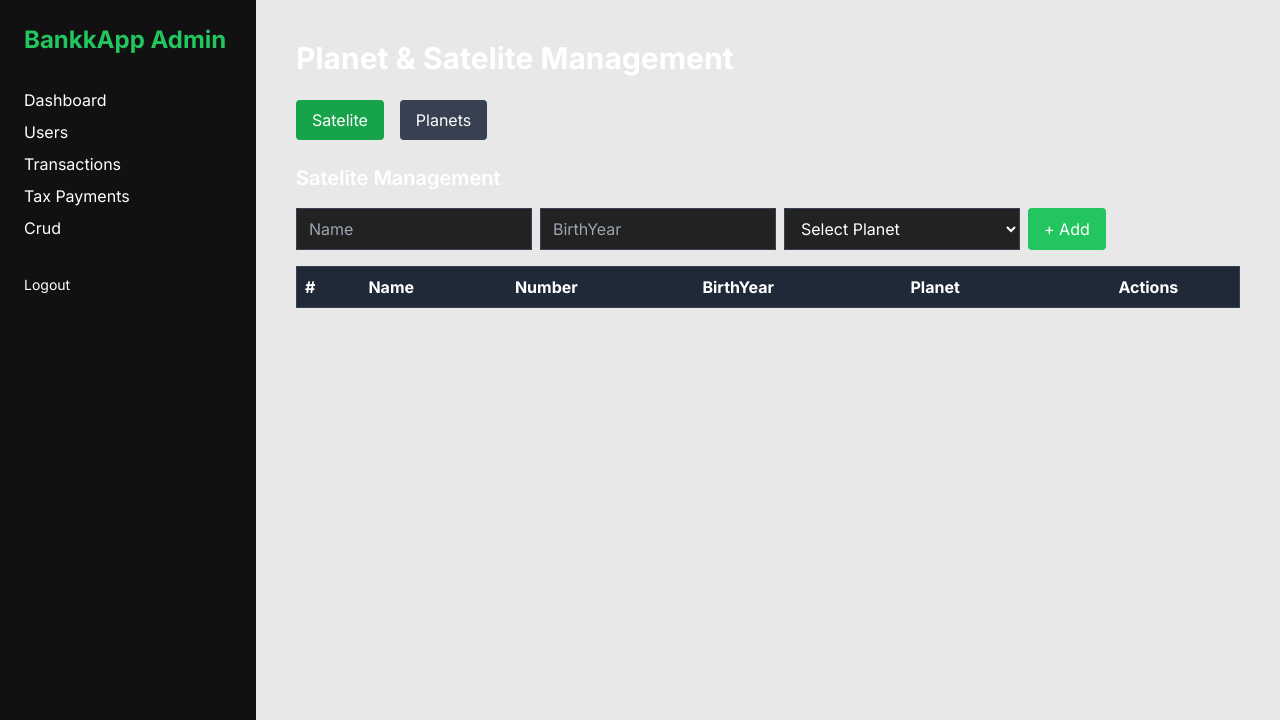
Repository: EraGashii/bnk_team
Page: /admin/crud (app in bnk/)
The author's editor kept a copy of each file at every save. The page is drawn from the files as they stood at one save, then again after the next save.
The browser window is 1280 px wide. The pictures show the whole page.
The page's requests for data from a server got no answer. The project was rebuilt for these pictures with package versions that can differ from the ones it lists, and the page was loaded fresh each time. The framework's server and built-in components were replaced by stand-ins that run in the browser. No one was signed in, and anything a server would have sent is missing. Also part of the build but not shown: bnk/next.config.mjs.

Above is the page before, as saved 2025-05-07 21:46:09.

### bnk/app/admin/crud/page.tsx
"use client";

import React, { useState, useEffect, ChangeEvent } from "react";
import {
    fetchSatelite,
  fetchPlanet,
  addSatelite,
 deleteSatelite,
  addPlanet,
  updatePlanet,
 deletePlanet,
} from "../../../CrudApi";
import { FiEdit, FiTrash2 } from "react-icons/fi";
import Link from "next/link";

interface Planet {
    PlanetId: number;
     Name: string;
     Type: string;
}

interface Satelite {
    Id: number;
    Name:string;
   PlanetId: number;
  Planet?:Planet;
}

const PlanetSateliteManager: React.FC = () => {
  const [tab, setTab] = useState<"Satelite" | "Planets">("Satelite");
  const [Planets, setPlanets] = useState<Planet[]>([]);
  const [Satelite, setSatelite] = useState<Satelite[]>([]);
  const [SateliteData, setSateliteData] = useState({  Name:"", PlanetId: "" });
  const [Name, setName] = useState<string>("");
  const [Type, setType] = useState<string>("");

  const [editPlanet, setEditPlanet] = useState<Planet | null>(null);

  useEffect(() => {
    loadPlanets();
    loadSatelite();
  }, []);

  const loadPlanets = async () => {
    const data = await fetchPlanet();
    setPlanets(data);
  };

  const loadSatelite = async () => {
    const data = await fetchSatelite();
    setSatelite(data);
  };

  const handleSateliteInput = (e: ChangeEvent<HTMLInputElement | HTMLSelectElement>) => {
    setSateliteData({ ...SateliteData, [e.target.name]: e.target.value });
  };

  const handleAddSatelite = async () => {
    const fixedData = {
        ...SateliteData,
        PlanetId:Number(SateliteData.PlanetId), // convert to number
      };
    await addSatelite(fixedData);
    setSateliteData({ Name:"", PlanetId: "" });
    loadSatelite();
  };


  const handleDeleteSatelite = async(id:number) => {
   await deleteSatelite(id);
    loadSatelite();
  };

  const handleAddPlanet = async () => {
    if (!Name.trim()) return alert("Planet name is required");
    await addPlanet( Name);
    setName("");
    setType("");
    loadPlanets();
  };

  const handleUpdatePlanet = async () => {
    if (editPlanet) {
      await updatePlanet(editPlanet.PlanetId, Name,Type);
      setEditPlanet(null);
      setName("");
      setType("");
      loadPlanets();
    }
  };

  const handleDeletePlanet = async (id:number) => {
    if (window.confirm("Are you sure you want to delete this Planet?")) {
        await  deletePlanet(id);
      loadPlanets();
    }
  };

  return (
    <div className="flex min-h-screen bg-background text-white">
      {/* Sidebar */}
      <aside className="w-64 bg-[#111] text-white p-6 space-y-8">
        <h2 className="text-2xl font-bold text-green-500">BankkApp Admin</h2>
        <nav className="space-y-2">
          <Link href="/dashboard" className="block hover:text-green-400">Dashboard</Link>
          <Link href="/users" className="block hover:text-green-400">Users</Link>
          <Link href="/transactions" className="block hover:text-green-400">Transactions</Link>
          <Link href="/tax-payments" className="block hover:text-green-400">Tax Payments</Link>
          <Link href="/admin/crud" className="block hover:text-green-400">Crud</Link>
        </nav>
        <div className="mt-auto">
          <button className="text-sm hover:text-red-500">Logout</button>
        </div>
      </aside>

      {/* Main Content */}
      <main className="flex-1 p-10">
        <h1 className="text-3xl font-bold mb-6">Planet & Satelite Management</h1>
        <div className="flex space-x-4 mb-6">
          <button className={`px-4 py-2 rounded ${tab === "Satelite" ? "bg-green-600 text-white" : "bg-gray-700"}`} onClick={() => setTab("Satelite")}>Satelite</button>
          <button className={`px-4 py-2 rounded ${tab === "Planets" ? "bg-green-600 text-white" : "bg-gray-700"}`} onClick={() => setTab("Planets")}>Planets</button>
        </div>

        {tab === "Satelite" && (
          <div>
            <h2 className="text-xl font-semibold mb-4">Satelite Management</h2>
            <div className="flex gap-2 mb-4">
              <input type="text" name="Name" placeholder="Name" value={SateliteData.Name} onChange={handleSateliteInput} className="bg-[#222] text-white border border-gray-700 px-3 py-2 w-1/4" />

              <input type="number" name="BirthYear" placeholder="BirthYear" value={SateliteData.BirthYear} onChange={handleSateliteInput} className="bg-[#222] text-white border border-gray-700 px-3 py-2 w-1/4" />
              <select name="PlanetId" value={SateliteData.PlanetId} onChange={handleSateliteInput} className="bg-[#222] text-white border border-gray-700 px-3 py-2 w-1/4">
                <option value="">Select Planet</option>
                {Planets.map((t) => <option key={t.PlanetId} value={t.PlanetId}>{t.Name}</option>)}
              </select>
              <button onClick={handleAddSatelite} className="bg-green-500 text-white px-4 rounded">+ Add</button>
            </div>

            <table className="min-w-full border border-gray-700">
              <thead className="bg-gray-800 text-white">
                <tr>
                  <th className="p-2 text-left">#</th>

                  <th className="p-2 text-left"> Name</th>
                  <th className="p-2 text-left"> Number</th>
                  <th className="p-2 text-left"> BirthYear</th>
                  <th className="p-2 text-left">Planet</th>
                  <th className="p-2 text-center">Actions</th>
                </tr>
              </thead>
              <tbody className="bg-[#111]">
                {Satelite.map((p, i) => (
                  <tr key={p.Id} className="border-t border-gray-700">
                    <td className="p-2">{i + 1}</td>
                    <td className="p-2">{p.Name}</td>
                    <td className="p-2">{p.Number}</td>
                    <td className="p-2">{p.BirthYear}</td>
                    <td className="p-2">{p.Planet?.Name ||"N/A"}</td>
                    <td className="p-2 text-center">
                      <button className="text-red-500 hover:text-red-600" onClick={() => handleDeleteSatelite(p.Id)}>
                        <FiTrash2 size={18} />
                      </button>
                    </td>
                  </tr>
                ))}
              </tbody>
            </table>
          </div>
        )}

        {tab === "Planets" && (
          <div>
            <h2 className="text-xl font-semibold mb-4">Planets Management</h2>
            <div className="flex mb-4">
              <input
                type="text"
                className="bg-[#222] text-white border border-gray-700 px-3 py-2 mr-2 w-full"
                placeholder="Enter Planet name"
                value={Name}
                onChange={(e) => setName(e.target.value)}
              />


              {editPlanet ? (
                <button className="bg-yellow-500 text-white px-4 rounded" onClick={handleUpdatePlanet}>Update</button>
              ) : (
                <button className="bg-green-500 text-white px-4 rounded" onClick={handleAddPlanet}>Add</button>
              )}
            </div>

            <table className="min-w-full border border-gray-700">
              <thead className="bg-gray-800 text-white">
                <tr>
                  <th className="p-2 text-left">#</th>
                  <th className="p-2 text-left">Planet Name</th>
                  <th className="p-2 text-center">Actions</th>
                </tr>
              </thead>
              <tbody className="bg-[#111]">
                {Planets.map((Planet,i) => (
                  <tr key={Planet.PlanetId} className="border-t border-gray-700">
                    <td className="p-2">{i + 1}</td>
                    <td className="p-2">{Planet.Name}</td>

                    <td className="p-2 text-center space-x-3">
                      <button className="text-yellow-500 hover:text-yellow-600" onClick={() => { setEditPlanet(Planet);}}>
                        <FiEdit size={18} />
                      </button>
                      <button className="text-red-500 hover:text-red-600" onClick={() => handleDeletePlanet(Planet.PlanetId)}>
                        <FiTrash2 size={18} />
                      </button>
                    </td>
                  </tr>
                ))}
              </tbody>
            </table>
          </div>
        )}
      </main>
    </div>
  );
};

export default PlanetSateliteManager;

### bnk/app/globals.css
@tailwind base;
@tailwind components;
@tailwind utilities;

body {
  font-family: Arial, Helvetica, sans-serif;
}

@layer utilities {
  .text-balance {
    text-wrap: balance;
  }
}

@layer base {
  :root {
    --background: 0 0% 91%;
    --foreground: 0 0% 5%;
    --card: 0 0% 83%;
    --card-foreground: 0 0% 5%;
    --popover: 0 0% 83%;
    --popover-foreground: 0 0% 5%;
    --primary: 149 96% 65%;
    --primary-foreground: 0 0% 5%;
    --secondary: 179 96% 69%;
    --secondary-foreground: 0 0% 5%;
    --muted: 0 0% 68%;
    --muted-foreground: 0 0% 30%;
    --accent: 119 96% 61%;
    --accent-foreground: 0 0% 5%;
    --destructive: 346 92% 55%;
    --destructive-foreground: 0 0% 100%;
    --border: 0 0% 76%;
    --input: 0 0% 77%;
    --ring: 152 96% 55%;
    --chart-1: 149 96% 55%;
    --chart-2: 299 96% 55%;
    --chart-3: 359 96% 55%;
    --chart-4: 119 96% 55%;
    --chart-5: 179 96% 55%;
    --radius: 0.25rem;
    --sidebar-background: 0 0% 98%;
    --sidebar-foreground: 240 5.3% 26.1%;
    --sidebar-primary: 240 5.9% 10%;
    --sidebar-primary-foreground: 0 0% 98%;
    --sidebar-accent: 240 4.8% 95.9%;
    --sidebar-accent-foreground: 240 5.9% 10%;
    --sidebar-border: 220 13% 91%;
    --sidebar-ring: 217.2 91.2% 59.8%;
  }

  .dark {
    --background: 0 0% 2%;
    --foreground: 0 0% 95%;
    --card: 0 0% 6%;
    --card-foreground: 0 0% 95%;
    --popover: 0 0% 6%;
    --popover-foreground: 0 0% 95%;
    --primary: 149 96% 43%;
    --primary-foreground: 0 0% 5%;
    --secondary: 179 96% 45%;
    --secondary-foreground: 0 0% 5%;
    --muted: 0 0% 32%;
    --muted-foreground: 0 0% 70%;
    --accent: 119 96% 42%;
    --accent-foreground: 0 0% 100%;
    --destructive: 346 92% 36%;
    --destructive-foreground: 0 0% 100%;
    --border: 0 0% 21%;
    --input: 0 0% 16%;
    --ring: 152 96% 55%;
    --chart-1: 149 96% 55%;
    --chart-2: 299 96% 55%;
    --chart-3: 359 96% 55%;
    --chart-4: 119 96% 55%;
    --chart-5: 179 96% 55%;
    --sidebar-background: 240 5.9% 10%;
    --sidebar-foreground: 240 4.8% 95.9%;
    --sidebar-primary: 224.3 76.3% 48%;
    --sidebar-primary-foreground: 0 0% 100%;
    --sidebar-accent: 240 3.7% 15.9%;
    --sidebar-accent-foreground: 240 4.8% 95.9%;
    --sidebar-border: 240 3.7% 15.9%;
    --sidebar-ring: 217.2 91.2% 59.8%;
  }
}

@layer base {
  * {
    @apply border-border;
  }
  body {
    @apply bg-background text-foreground;
  }
}

/* Ngjyra e sfondit bazuar në temën */
body.dark {
  background-color: #000;
  color: white;
}

body.light {
  background-color: #f3f4f6;
  color: black;
}

/* Stili për butonin e temës */
button {
  transition: all 0.3s ease;
}

### bnk/CrudApi.js
import axios from "axios";

const API_URL = "http://localhost:4000/api";

const api = axios.create({ baseURL: API_URL });

// 🧠 TEAM
export const fetchPlanet = async () => (await api.get("/Planet")).data;
export const addPlanet = async (Name,Type) => api.post("/Planet", { Name:Name ,Type:Type});
export const updatePlanet = async (id,Name,Type) => api.put(`/Planet/${id}`, { Name:Name,Type:Type});
export const deletePlanet = async (id) => api.delete(`/Planet/${id}`);

// 👤 PLAYER
export const fetchSatelite = async () => (await api.get("/Satelite")).data;
export const addSatelite = async (Satelite) => api.post("/Satelite", Satelite);
export const deleteSatelite = async (id) => api.delete(`/Satelite/${id}`);

Loaded but not shown: bnk/app/layout.tsx (common file); bnk/tailwind.config.ts (common file)

After the next save:
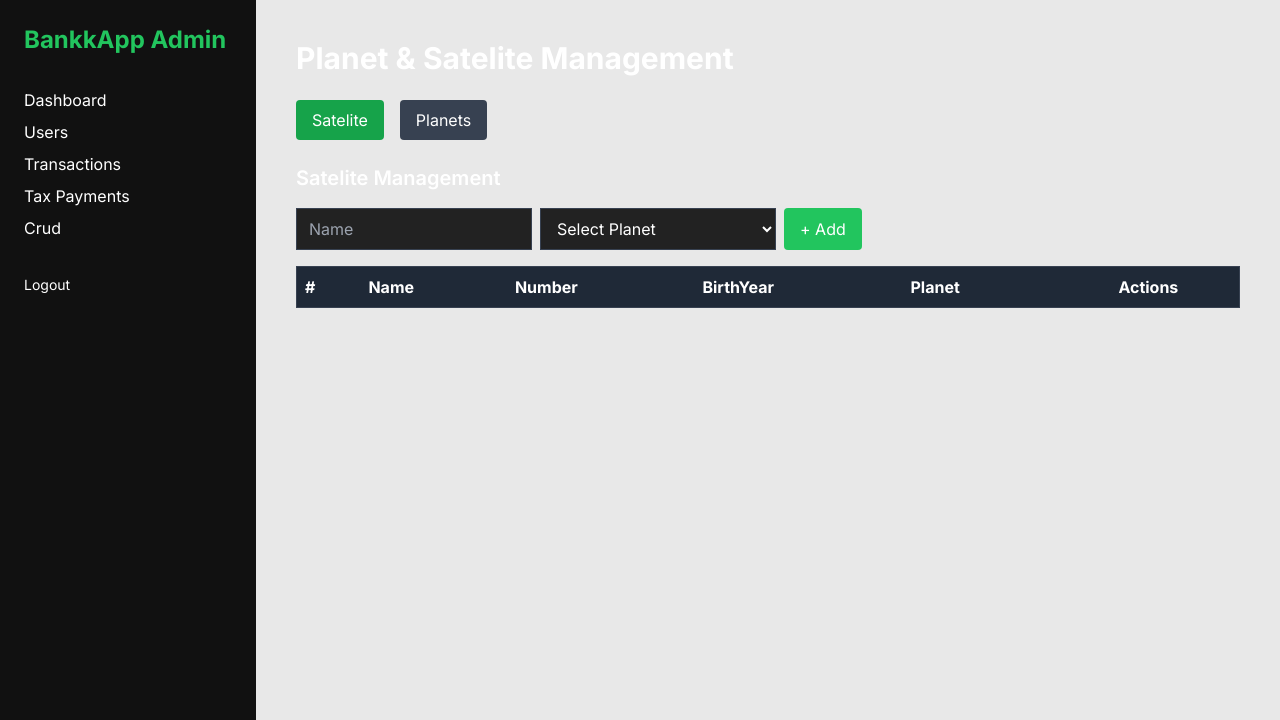
Saved 12 s later.
--- a/bnk/app/admin/crud/page.tsx
+++ b/bnk/app/admin/crud/page.tsx
@@ -126,8 +126,6 @@ const PlanetSateliteManager: React.FC = () => {
             <h2 className="text-xl font-semibold mb-4">Satelite Management</h2>
             <div className="flex gap-2 mb-4">
               <input type="text" name="Name" placeholder="Name" value={SateliteData.Name} onChange={handleSateliteInput} className="bg-[#222] text-white border border-gray-700 px-3 py-2 w-1/4" />
-
-              <input type="number" name="BirthYear" placeholder="BirthYear" value={SateliteData.BirthYear} onChange={handleSateliteInput} className="bg-[#222] text-white border border-gray-700 px-3 py-2 w-1/4" />
               <select name="PlanetId" value={SateliteData.PlanetId} onChange={handleSateliteInput} className="bg-[#222] text-white border border-gray-700 px-3 py-2 w-1/4">
                 <option value="">Select Planet</option>
                 {Planets.map((t) => <option key={t.PlanetId} value={t.PlanetId}>{t.Name}</option>)}
